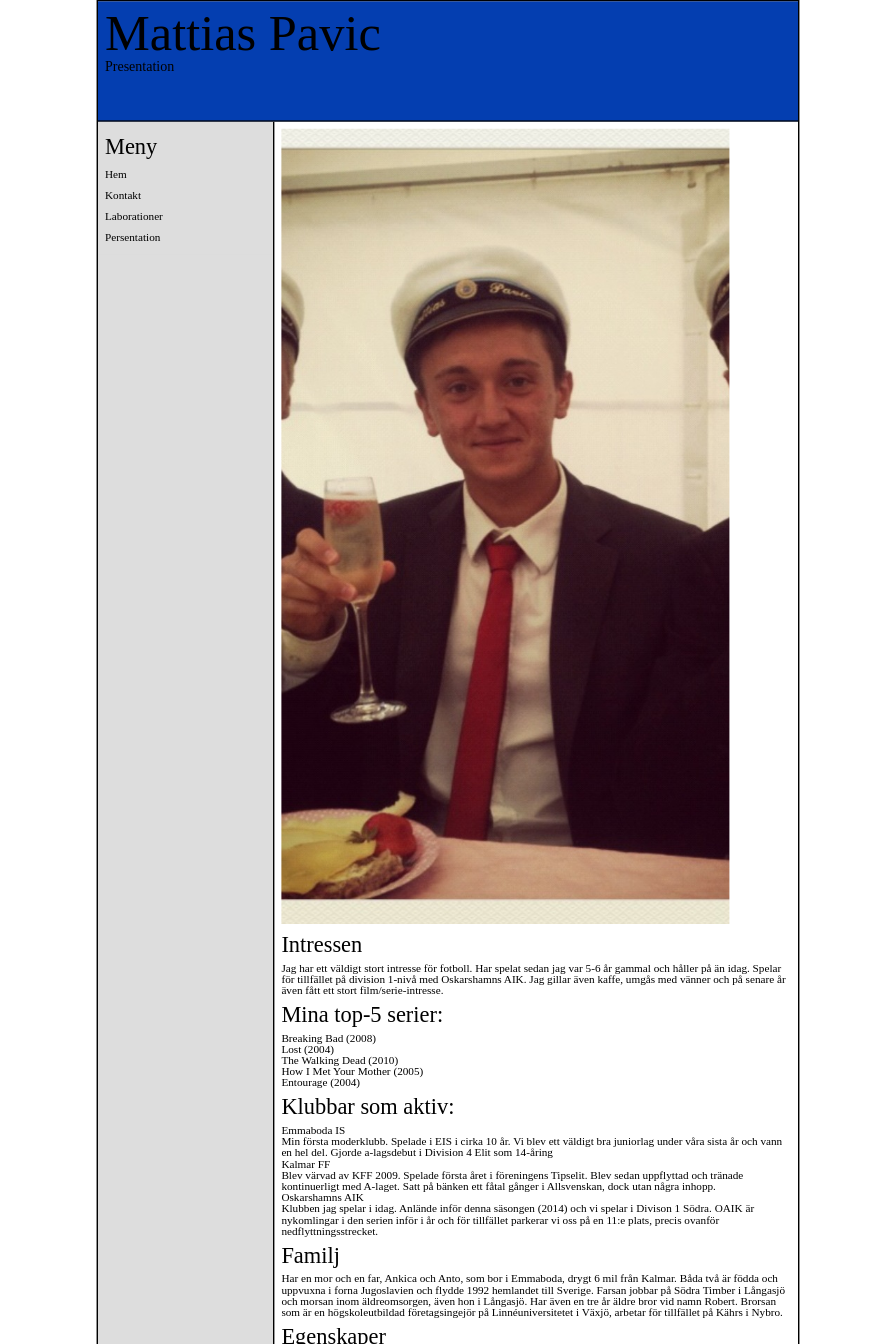
Repository: mp222sf/1ik415-laborationer
Page: pages/presentation.html
The author's editor kept a record of every edit. The page is drawn from the files as they stood at one moment, then again after the next edit.
The browser window is 1280 px wide. The pictures show the part of the page from y = 0 to 1920 px (the page is 2623 px tall), at 70% of full size.

Above is the page before.

### pages/presentation.html
<!doctype html>
<html lang="sv">
    <head>
        <meta charset="utf-8" />
        <title>Mattias Pavic</title>
        <link rel="stylesheet" href="../css/style.css" />
    </head>
    <body>
        <div id="cointainer">
            <div id="header">
                <h1>Mattias Pavic</h1>
                <h3>Presentation</h3>
            </div>
            <div id="navigation">
                <h4>Meny</h4>
                <a href="../index.html">Hem</a><br>
                <a href="kontakt.html">Kontakt</a><br>
                <a href="laborationer.html">Laborationer</a><br>
                <a href="presentation.html">Persentation</a><br>
            </div>
            <div id="content">
                <!--Här skriver vi infomationen om mina intressen.-->

                <p><img id="jag_presentation" src="../pics/jag_presentation.jpg" alt="Bild på Mattias Pavic" /></p>

                <h3>Intressen</h3>
                <p> Jag har ett väldigt stort intresse för fotboll. Har spelat sedan jag var 5-6 år gammal och håller på än idag.
                    Spelar för tillfället på division 1-nivå med Oskarshamns AIK.
                    Jag gillar även kaffe, umgås med vänner och på senare år även fått ett stort film/serie-intresse.</p>

                <h3>Mina top-5 serier:</h3>
                <ol>
                    <li><a target="_blank" href="http://www.imdb.com/title/tt0903747/?ref_=nv_sr_1">Breaking Bad</a> (2008)</li>
                    <li><a target="_blank" href="http://www.imdb.com/title/tt0411008/?ref_=nv_sr_1">Lost</a> (2004)</li>
                    <li><a target="_blank" href="http://www.imdb.com/title/tt1520211/?ref_=nv_sr_1">The Walking Dead</a> (2010)</li>
                    <li><a target="_blank" href="http://www.imdb.com/title/tt0460649/?ref_=nv_sr_1">How I Met Your Mother</a> (2005)</li>
                    <li><a target="_blank" href="http://www.imdb.com/title/tt0387199/?ref_=nv_sr_1">Entourage</a> (2004)</li>
                </ol>

                <h3>Klubbar som aktiv:</h3>
                <dl>
                    <dt><strong>Emmaboda IS</strong></dt>
                        <dd>Min första moderklubb. Spelade i EIS i cirka 10 år. Vi blev ett väldigt bra juniorlag under våra sista år och vann en hel del. Gjorde a-lagsdebut i Division 4 Elit som 14-åring</dd>
                    <dt><strong>Kalmar FF</strong></dt>
                        <dd>Blev värvad av KFF 2009. Spelade första året i föreningens Tipselit. Blev sedan uppflyttad och tränade kontinuerligt med A-laget. Satt på bänken ett fåtal gånger i Allsvenskan, dock utan några inhopp.</dd>
                    <dt><strong>Oskarshamns AIK</strong></dt>
                        <dd>Klubben jag spelar i idag. Anlände inför denna säsongen (2014) och vi spelar i Divison 1 Södra. OAIK är nykomlingar i den serien inför i år och för tillfället parkerar vi oss på en 11:e plats, precis ovanför nedflyttningsstrecket.</dd>
                </dl>

                <h3>Familj</h3>
                <p> Har en mor och en far, Ankica och Anto, som bor i Emmaboda, drygt 6 mil från Kalmar.
                    Båda två är födda och uppvuxna i forna Jugoslavien och flydde 1992 hemlandet till Sverige.
                    Farsan jobbar på Södra Timber i Långasjö och morsan inom äldreomsorgen, även hon i Långasjö.
                    Har även en tre år äldre bror vid namn Robert.
                    Brorsan som är en högskoleutbildad företagsingejör på Linnéuniversitetet i Växjö, arbetar för tillfället på Kährs i Nybro.</p>

                <!--Listan ger Error i Validator. Förstår ej?!.-->
                <h3>Egenskaper</h3>
                <ul>
                    <li><h4>Bra på?</h4>
                        <ul>
                            <li>Passa tider</li>
                            <li>Fotboll</li>
                            <li>Matematik</li>
                            <li>Sträckglo på tv-serier.</li>
                        </ul>
                    </li>
                   <li><h4>Något sämre på?</h4>
                        <ul>
                            <li>Kliva upp på morgon.</li>
                            <li>Komma ihåg saker.</li>
                        </ul>
                    </li>
                </ul>

                <h3>Tidigare utbildning</h3>
                <p> Studerade Samhällskunskap/Idrott på Stagneliusskolan och tog studenten därifrån 2012. Det var tre fantastiska år i Kalmar där jag kunde kombinera fotbollen med en bra och bred utbildning.</p>

                <h3>Arbetslivserfarenhet</h3>
                <p> Arbetade på Be-Ge Industri AB tidigare iår i drygt 5 månader.
                    Var anställd på en avdelning vid namn Vinga som tillverkade lastbilsstolar till företaget Scania.
                    Det är i stort sett min enda erfarenhet från arbetslivet då jag spelade fotboll på hög nivå i något år efter gymnasiet.</p>

                <h3>Programmerat tidigare</h3>
                <p> Jag har sysslat med lite kodning/programmering på fritiden.
                    Har främst gjort hemsidor med html, css och php.</p>

                <h3>Varför sökte jag?</h3>
                <p> Jag sökte utbildningen Webbprogrammerare eftersom jag gillar att koda.
                    Gillar att lösa problem och jag skulle villa lära mig ännu mer om programmering.</p>

                <h3>Tankar inför framtiden</h3>
                <p> Efter utbildningen skulle jag jättegärna vilja arbeta som programmerare eller något liknande.
                    Men i första hand skulle jag vilja spela fotboll på proffsnivå (Allsvenskan/Superettan) och efter en eventuell karriär då har möjligheten att arbeta med webbprogrammering.</p>
            </div>
            <div id="footer">
            MATTIAS PAVIC 2014.
            </div>

        </div>
    </body>
</html>

### css/style.css
/* http://meyerweb.com/eric/tools/css/reset/
   v2.0 | 20110126
   License: none (public domain)
*/

html, body, div, span, applet, object, iframe,
h1, h2, h3, h4, h5, h6, p, blockquote, pre,
a, abbr, acronym, address, big, cite, code,
del, dfn, em, img, ins, kbd, q, s, samp,
small, strike, strong, sub, sup, tt, var,
b, u, i, center,
dl, dt, dd, ol, ul, li,
fieldset, form, label, legend,
table, caption, tbody, tfoot, thead, tr, th, td,
article, aside, canvas, details, embed,
figure, figcaption, footer, header, hgroup,
menu, nav, output, ruby, section, summary,
time, mark, audio, video {
	margin: 0;
	padding: 0;
	border: 0;
	font-size: 100%;
	font: inherit;
	vertical-align: baseline;
}
/* HTML5 display-role reset for older browsers */
article, aside, details, figcaption, figure,
footer, header, hgroup, menu, nav, section {
	display: block;
}
body {
	line-height: 1;
}
ol, ul {
	list-style: none;
}
blockquote, q {
	quotes: none;
}
blockquote:before, blockquote:after,
q:before, q:after {
	content: '';
	content: none;
}
table {
	border-collapse: collapse;
	border-spacing: 0;
}


a:link {
    color:black;
    text-decoration: none;
}
a:visited {
    color:black;
    text-decoration: none;

}

a:hover {
    color:black;
    text-decoration: underline;
}



#cointainer {
    background-color:#dddddd;
    color:black;
    width:1000px;
    margin: 0 auto;
    text-align:left;
    border:2px;
    border-color:black;
    border-style:solid;
}
#header {
    background-color:#043EB0;
    color:black;
    text-align:left;
    height:150px;
    padding:10px;
    border-bottom:2px;
    border-color:black;
    border-style:solid;
}
#header h1 {
   font-size:72px;
}
#header h3 {
   font-size:20px;
}

#navigation {
    line-height:30px;
    background-color:#dddddd;
    width:230px;
    float:left;
    padding:10px;
}
#navigation h4 {
    font-size:32px;
    margin-bottom:10px;
    margin-top:10px;
}
#navigation ul {
    list-style-type: square;
    margin-left:30px;
    font-size:12px;
}
#content {
    width:728px;
    background-color:white;
    float:left;
    padding:10px;
    border-left:2px;
    border-color:black;
    border-style:solid;
}
#content h3 {
   font-size:32px;
   margin-bottom:10px;
   margin-top:10px;
}
#content h4 {
   font-size:24px;
   margin-bottom:10px;
   margin-top:25px;
}
#big_buck_bunny {
    margin-bottom:10px;
    margin-top:10px;
}
#footer {
    background-color:black;
    color:white;
    clear:both;
    text-align:center;
    padding:10px;
}

After the next edit:
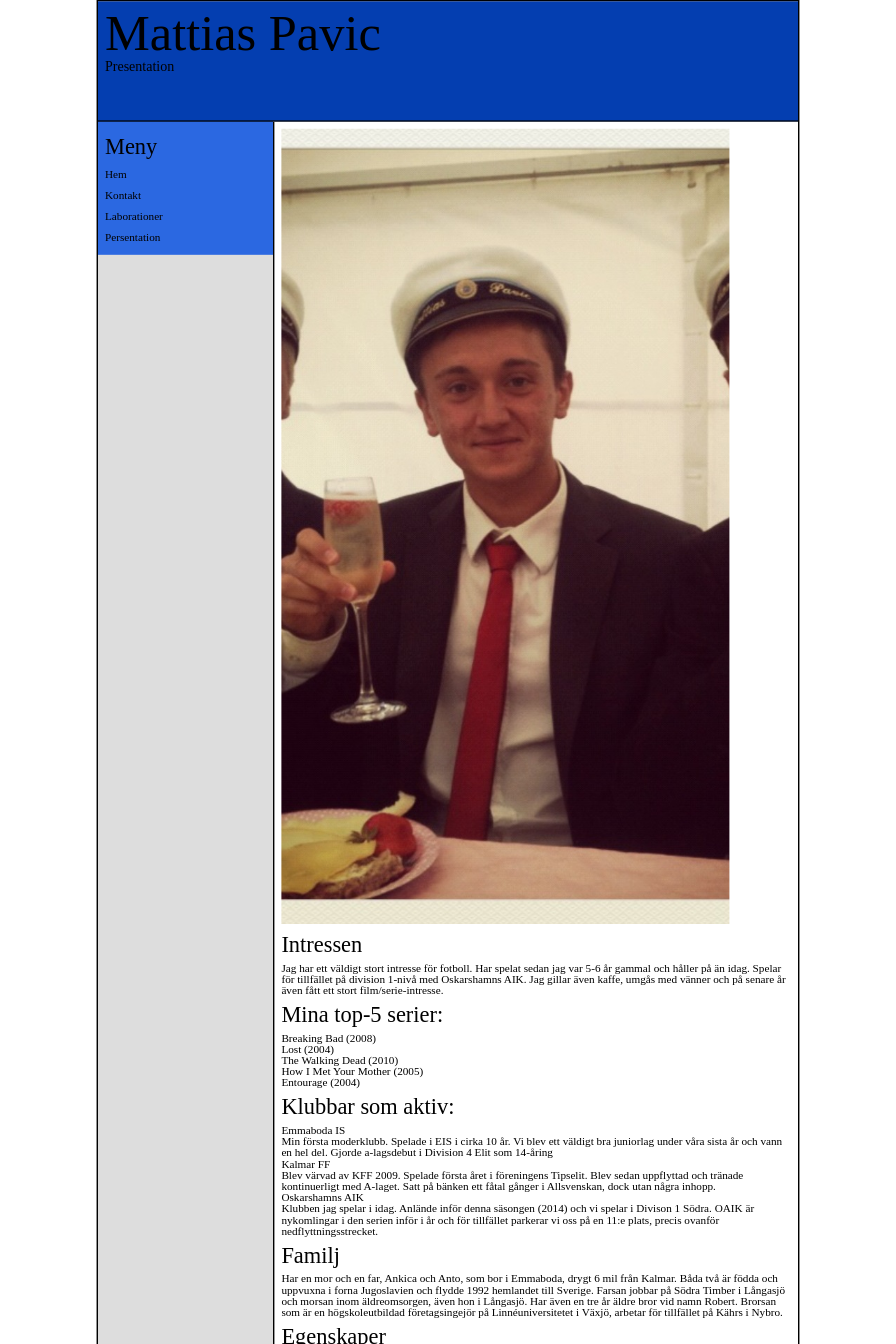
The edit:
--- a/css/style.css
+++ b/css/style.css
@@ -94,7 +94,7 @@
 
 #navigation {
     line-height:30px;
-    background-color:#dddddd;
+    background-color:#2B68E1;
     width:230px;
     float:left;
     padding:10px;
